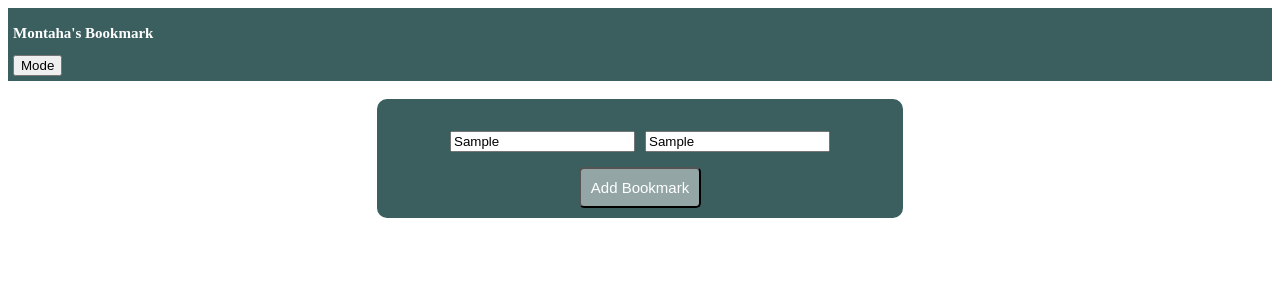
Repository: eidimontaha18-maker/finalproject
Page: index.html
The author's editor kept a copy of each file at every save. The page is drawn from the files as they stood at one save, then again after the next save.
The browser window is 1280 px wide. The pictures show the whole page.
Empty fields were first filled with sample values (such as "Sample", 5 or name@example.com).
After loading, the first visible `#mode` was clicked once.

Above is the page before, as saved 2025-11-26 00:53:42.

### index.html
<!DOCTYPE html>
<html lang="en">
<head>
    <meta charset="UTF-8">
    <meta name="viewport" content="width=device-width, initial-scale=1.0">
    <title>Montaha's Bookmark</title>
    <link rel="stylesheet" href="style.css">
</head>
<body>
    <nav>
        <h1>Montaha's Bookmark</h1>
        <button id="mode">Mode</button>
    </nav>
    <br>
    <main>
        <div class="addbookmark">
            <input type="text" placeholder="Title" id="title" />
            <input type="text" placeholder="https://example.com" id="url" />
            <br>
            <button id="addbtn">Add Bookmark</button>
        </div>
        <div>
            <ul id="bookmark-list" class="bookmark-list"></ul>
        </div>
    </main>
     <script src="script.js"></script>
</body>
</html>

### style.css
.addbookmark{
    background-color: rgb(59, 94, 94);
    padding: 10px;
    width: 40%;
    margin: auto;
    border-radius: 10px;
    text-align: center;
    font-size: 40px;
}
#addbtn{
    background-color: rgb(147, 165, 165);
    color: white;
    padding: 10px;
    border-radius: 5px;
    font-size: 15px;
    cursor: pointer;
}

nav{
    background-color: rgb(59, 94, 94);
    text-align: left;
    padding:5px;
    margin-top: 0%;
    font-size: 10px;
    color: white;
    font-weight: bold;
}

.bookmark-list{
    width: auto;
    margin-top: 20px;
    padding: 0;
    list-style-type: none;
    font-size: 15px
}
.bookmark-list li{
    background-color: rgb(233, 240, 240);
    margin-bottom: 10px;
    padding: 10px;
    border-radius: 5px;
    display: flex;
    justify-content:right
}
.bookmark-list li a{
    color: rgb(36, 5, 173);
    text-decoration: none;
}
.openbtn{
    background-color: rgb(147, 165, 165);
    color: white;
    padding: 5px;
    border-radius: 5px;
    font-size: 12px;
    cursor: pointer;
    margin-left: auto;
}
.deletebtn{
    background-color: rgb(255, 99, 71);
    color: white;
    padding: 5px;
    border-radius: 5px;
    font-size: 12px;
    cursor: pointer;
    margin-left: 10px;
}

### script.js
let title = document.getElementById('title');
let url = document.getElementById('url');
let addbtn = document.getElementById('addbtn');

addbtn.addEventListener('click', function() {
    let titleValue = title.value.trim();
    let urlValue = url.value.trim();

    if (titleValue === '' || urlValue === '') {
        alert('Please fill in both fields.');
        return;
    }

    if (!/^https?:\/\//i.test(urlValue)) {
        alert('URL must start with http:// or https://');
        return;
    }

    let bookmarkList = document.getElementById('bookmark-list');
    let listItem = document.createElement('li');

    let link = document.createElement('a');
    link.href = urlValue;
    link.textContent = titleValue;
    link.target = '_blank';
    link.rel = 'noopener noreferrer';

    // Create Open button
    let openBtn = document.createElement('button');
    openBtn.textContent = 'Open';
    openBtn.className = 'openbtn';
    openBtn.addEventListener('click', function() {
        window.open(urlValue, '_blank');
    });

    // Create Delete button
    let deleteBtn = document.createElement('button');
    deleteBtn.textContent = 'Delete';
    deleteBtn.className = 'deletebtn';
    deleteBtn.addEventListener('click', function() {
        listItem.remove();
    });

    listItem.appendChild(link);
    listItem.appendChild(openBtn);
    listItem.appendChild(deleteBtn);
    bookmarkList.appendChild(listItem);

    title.value = '';
    url.value = '';
});

let modeBtn = document.getElementById('mode');
modeBtn.addEventListener('click', function() {
    document.body.classList.toggle('dark-mode');
});

After the next save:
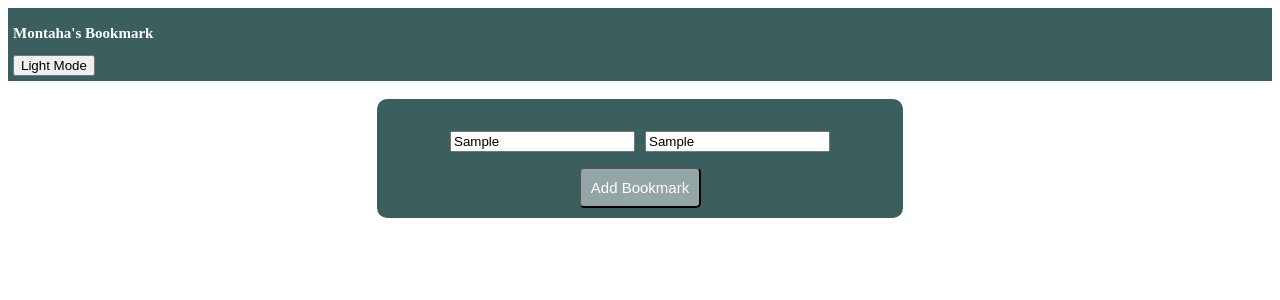
Saved 22 s later.
--- a/script.js
+++ b/script.js
@@ -53,4 +53,6 @@ addbtn.addEventListener('click', function() {
 let modeBtn = document.getElementById('mode');
 modeBtn.addEventListener('click', function() {
     document.body.classList.toggle('dark-mode');
+    modeBtn.textContent = document.body.classList.contains('dark-mode') ? 'Light Mode' : 'Dark Mode';
+    localStorage.setItem('darkMode', document.body.classList.contains('dark-mode'));
 });
